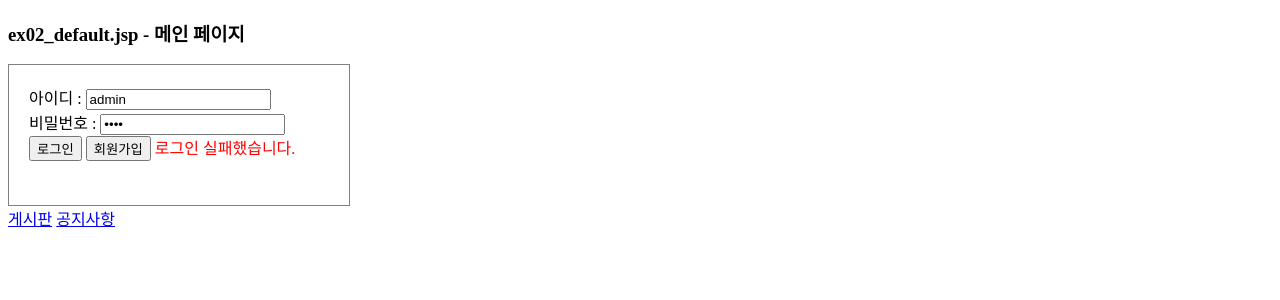
Repository: JavaYoo/kakao-emoticon-web-clone
Page: http://localhost/jspPro/days07/ex06_default.jsp
These files come from the project's save history. The page is drawn as it stood at one moment and after the next save; the edit follows.
The browser window is 1280 px wide. The pictures show the whole page.
The page is served by Tomcat 9.

Above is the page before, as saved 2022-06-22 01:40:20.

After the next save:
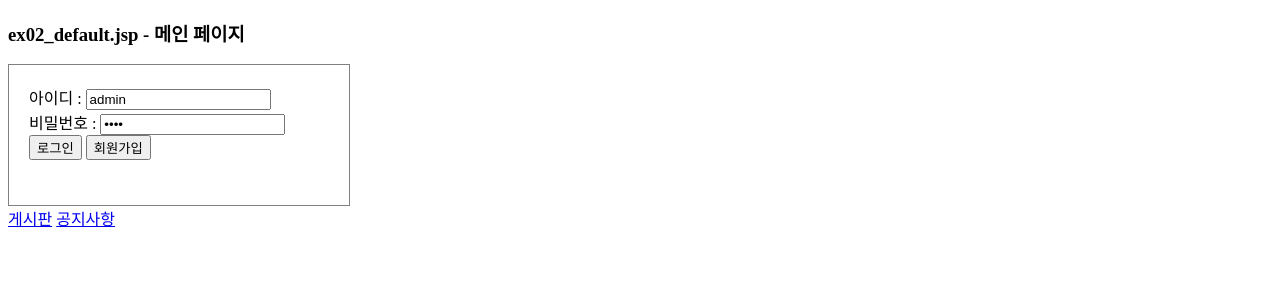
Saved 52 s later.
--- a/jspPro/src/main/webapp/days07/ex06_default.jsp
+++ b/jspPro/src/main/webapp/days07/ex06_default.jsp
@@ -47,8 +47,14 @@
     <input type="button" value="회원가입" />
 
     <!-- ?error -->
+    <%
+    	String error = request.getParameter("error");
+    	if ( error != null ){
+    %>
     <span style="color:red">로그인 실패했습니다.</span>
-
+    <%
+    	}
+    %>
 
   </form>
 </div>
